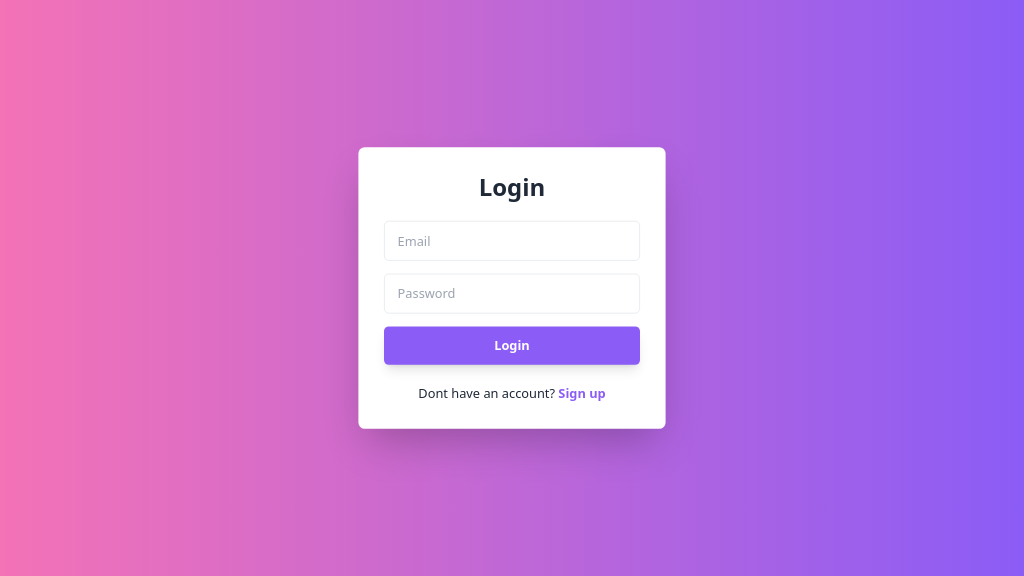
Repository: prathyushaa5/BuyYours
Page: /login (app in Frontend/)
An editor plug-in stored every save of this project. The page is shown before and after the next save, followed by the edit.
The browser window is 1280 px wide. The pictures show the whole page, at 80% of full size.
The project was rebuilt for these pictures with package versions that can differ from the ones it lists, and the page was loaded fresh each time. Also part of the build but not shown: Frontend/vite.config.js, Frontend/src/components/Main.jsx, Frontend/src/components/Signup.jsx, Frontend/src/components/Home.jsx.

Above is the page before, as saved 2025-02-13 17:55:09.

### Frontend/src/App.jsx
import { BrowserRouter as Router, Routes, Route } from "react-router-dom";
import { useState } from "react";
import Main from "./components/Main";
import Login from "./components/Login";
import Signup from "./components/Signup";
import Home from "./components/Home";

export default function App() {
  const [token, setToken] = useState(null);

  const handleLogin = (userToken) => {
    setToken(userToken);
  };

  return (
    <Router>
      <Routes>
        {/* Show Main page first */}
        <Route path="/" element={<Main />} />

        {/* Login Page */}
        <Route path="/login" element={<Login onLogin={handleLogin} />} />

        {/* Signup Page */}
        <Route path="/signup" element={<Signup />} />

        {/* Home Page (Protected) */}
        <Route path="/home" element={token ? <Home /> : <Login onLogin={handleLogin} />} />
      </Routes>
    </Router>
  );
}

### Frontend/src/components/Login.jsx
import { useState } from "react";
import PropTypes from "prop-types";
import axios from "axios";
import { useNavigate } from "react-router-dom";

const Login = ({ onLogin }) => {
  const [email, setEmail] = useState("");
  const [password, setPassword] = useState("");
  const [error, setError] = useState("");
  const navigate = useNavigate();

  const handleLogin = async (e) => {
    e.preventDefault();
    try {
      const response = await axios.post("http://localhost:5223/api/auth/login", {
        email,
        password,
      });
      localStorage.setItem("token", response.data.token);
      onLogin(response.data.token);
      console.log("User logged in");
      navigate("/home");
    } catch (err) {
      setError("Invalid email or password.",err);
    }
  };

  return (
    <div className="flex items-center justify-center min-h-screen bg-gradient-to-r from-pink-400 to-violet-500 text-white">
      <div className="bg-white p-8 rounded-lg shadow-2xl w-96 text-gray-800">
        <h2 className="text-3xl font-extrabold mb-6 text-center">Login</h2>
        {error && <p className="text-red-500 text-center mb-4">{error}</p>}
        <form onSubmit={handleLogin} className="space-y-4">
          <input
            type="email"
            placeholder="Email"
            value={email}
            onChange={(e) => setEmail(e.target.value)}
            className="w-full px-4 py-3 border rounded-md focus:ring-2 focus:ring-violet-500 outline-none"
            required
          />
          <input
            type="password"
            placeholder="Password"
            value={password}
            onChange={(e) => setPassword(e.target.value)}
            className="w-full px-4 py-3 border rounded-md focus:ring-2 focus:ring-violet-500 outline-none"
            required
          />
          <button
            type="submit"
            className="w-full bg-violet-500 text-white py-3 rounded-md shadow-lg font-bold transition-transform transform hover:scale-105 hover:bg-violet-600"
          >
            Login
          </button>
        </form>
        <p className="mt-6 text-center">
          Dont have an account? {" "}
          <button
            onClick={() => navigate("/signup")}
            className="text-violet-500 font-bold hover:underline"
          >
            Sign up
          </button>
        </p>
      </div>
    </div>
  );
};

Login.propTypes = {
  onLogin: PropTypes.func.isRequired,
};

export default Login;

Loaded but not shown: Frontend/index.html (common file); Frontend/src/main.jsx (common file); Frontend/src/index.css (common file); Frontend/tailwind.config.js (common file)

After the next save:
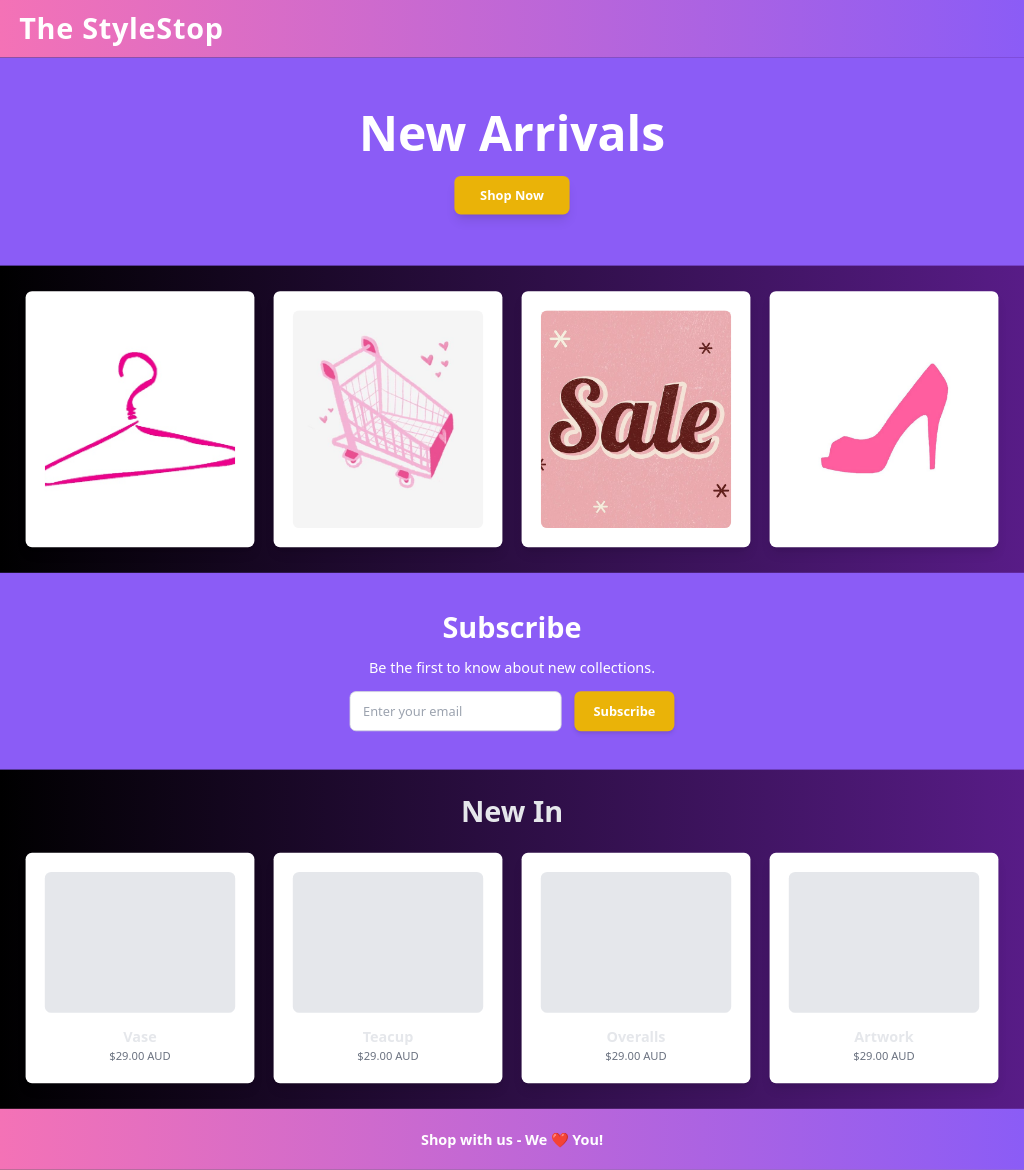
Saved 85 s later.
--- a/Frontend/src/components/Login.jsx
+++ b/Frontend/src/components/Login.jsx
@@ -1,75 +1,70 @@
-import { useState } from "react";
-import PropTypes from "prop-types";
-import axios from "axios";
+import image1 from "../assets/cards/hanger.jpeg";
+import image2 from "../assets/cards/pink.jpeg";
+import image3 from "../assets/cards/sale.jpeg";
+import image4 from "../assets/cards/shoes.jpeg";
 import { useNavigate } from "react-router-dom";
 
-const Login = ({ onLogin }) => {
-  const [email, setEmail] = useState("");
-  const [password, setPassword] = useState("");
-  const [error, setError] = useState("");
+export default function MainPage() {
   const navigate = useNavigate();
+  return (
+    <div className="bg-gradient-to-r from-black to-purple-900 min-h-screen text-gray-200">
+      {/* Navbar */}
+      <nav className="bg-gradient-to-r from-pink-400 to-violet-500 py-4 px-6 flex justify-between items-center shadow-md">
+        <h1 className="text-4xl font-extrabold text-white tracking-wide">The StyleStop</h1>
+      </nav>
 
-  const handleLogin = async (e) => {
-    e.preventDefault();
-    try {
-      const response = await axios.post("http://localhost:5223/api/auth/login", {
-        email,
-        password,
-      });
-      localStorage.setItem("token", response.data.token);
-      onLogin(response.data.token);
-      console.log("User logged in");
-      navigate("/home");
-    } catch (err) {
-      setError("Invalid email or password.",err);
-    }
-  };
+      {/* Hero Section */}
+      <section className="flex flex-col items-center text-center py-16 bg-violet-500 text-white">
+        <h2 className="text-6xl font-extrabold mb-6">New Arrivals</h2>
+        <button
+          className="bg-yellow-500 px-8 py-3 text-white font-bold rounded-lg shadow-lg transition-transform transform hover:scale-105 hover:bg-yellow-600"
+          onClick={() => navigate("/signups")}
+        >
+          Shop Now
+        </button>
+      </section>
 
-  return (
-    <div className="flex items-center justify-center min-h-screen bg-gradient-to-r from-pink-400 to-violet-500 text-white">
-      <div className="bg-white p-8 rounded-lg shadow-2xl w-96 text-gray-800">
-        <h2 className="text-3xl font-extrabold mb-6 text-center">Login</h2>
-        {error && <p className="text-red-500 text-center mb-4">{error}</p>}
-        <form onSubmit={handleLogin} className="space-y-4">
+      {/* Categories (Replaced with Images) */}
+      <div className="grid grid-cols-2 md:grid-cols-4 gap-6 p-8">
+        {[image1, image2, image3, image4].map((image, index) => (
+          <div key={index} className="bg-white p-6 text-center rounded-lg shadow-lg h-80 transition-transform transform hover:scale-105">
+            <img src={image} alt={`Category ${index + 1}`} className="w-full h-full object-cover rounded-lg" />
+          </div>
+        ))}
+      </div>
+
+      {/* Subscribe Section */}
+      <section className="bg-violet-500 text-center py-12 text-white">
+        <h3 className="text-4xl font-extrabold mb-4">Subscribe</h3>
+        <p className="mb-4 text-lg">Be the first to know about new collections.</p>
+        <div className="flex justify-center">
           <input
             type="email"
-            placeholder="Email"
-            value={email}
-            onChange={(e) => setEmail(e.target.value)}
-            className="w-full px-4 py-3 border rounded-md focus:ring-2 focus:ring-violet-500 outline-none"
-            required
+            placeholder="Enter your email"
+            className="px-4 py-3 rounded-lg border border-gray-300 focus:ring-2 focus:ring-yellow-500 outline-none"
           />
-          <input
-            type="password"
-            placeholder="Password"
-            value={password}
-            onChange={(e) => setPassword(e.target.value)}
-            className="w-full px-4 py-3 border rounded-md focus:ring-2 focus:ring-violet-500 outline-none"
-            required
-          />
-          <button
-            type="submit"
-            className="w-full bg-violet-500 text-white py-3 rounded-md shadow-lg font-bold transition-transform transform hover:scale-105 hover:bg-violet-600"
-          >
-            Login
-          </button>
-        </form>
-        <p className="mt-6 text-center">
-          Dont have an account? {" "}
-          <button
-            onClick={() => navigate("/signup")}
-            className="text-violet-500 font-bold hover:underline"
-          >
-            Sign up
-          </button>
-        </p>
-      </div>
+          <button className="ml-4 bg-yellow-500 px-6 py-3 text-white font-bold rounded-lg shadow-md transition-transform transform hover:scale-105 hover:bg-yellow-600">Subscribe</button>
+        </div>
+      </section>
+
+      {/* Products */}
+      <section className="p-8">
+        <h3 className="text-4xl font-bold text-center mb-8">New In</h3>
+        <div className="grid grid-cols-2 md:grid-cols-4 gap-6">
+          {["Vase", "Teacup", "Overalls", "Artwork"].map((product, index) => (
+            <div key={index} className="bg-white p-6 rounded-lg shadow-lg text-center transition-transform transform hover:scale-105">
+              <div className="bg-gray-200 h-44 rounded-lg mb-4"></div>
+              <p className="font-bold text-lg">{product}</p>
+              <p className="text-gray-500 text-sm">$29.00 AUD</p>
+            </div>
+          ))}
+        </div>
+      </section>
+
+      {/* Footer */}
+      <footer className="bg-gradient-to-r from-pink-400 to-violet-500 text-center py-6 text-white font-bold text-lg">
+        Shop with us - We ❤️ You!
+      </footer>
     </div>
   );
-};
-
-Login.propTypes = {
-  onLogin: PropTypes.func.isRequired,
-};
-
-export default Login;
+}
